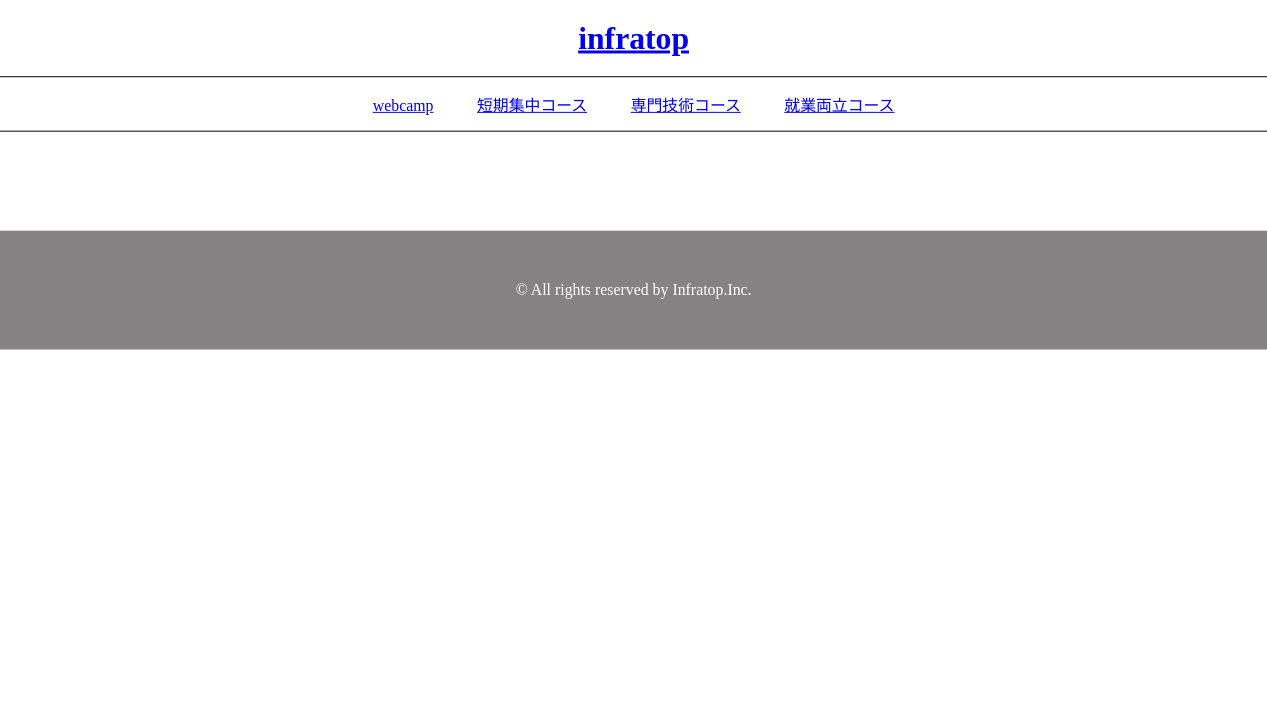
Repository: nyaaaaaaaaaaaaaa/chapter9-2
Page: chapter5/index.html
The author's editor kept a record of every edit. The page is drawn from the files as they stood at one moment, then again after the next edit.
The browser window is 1280 px wide. The pictures show the whole page, at 99% of full size.

Above is the page before.

After the next edit:
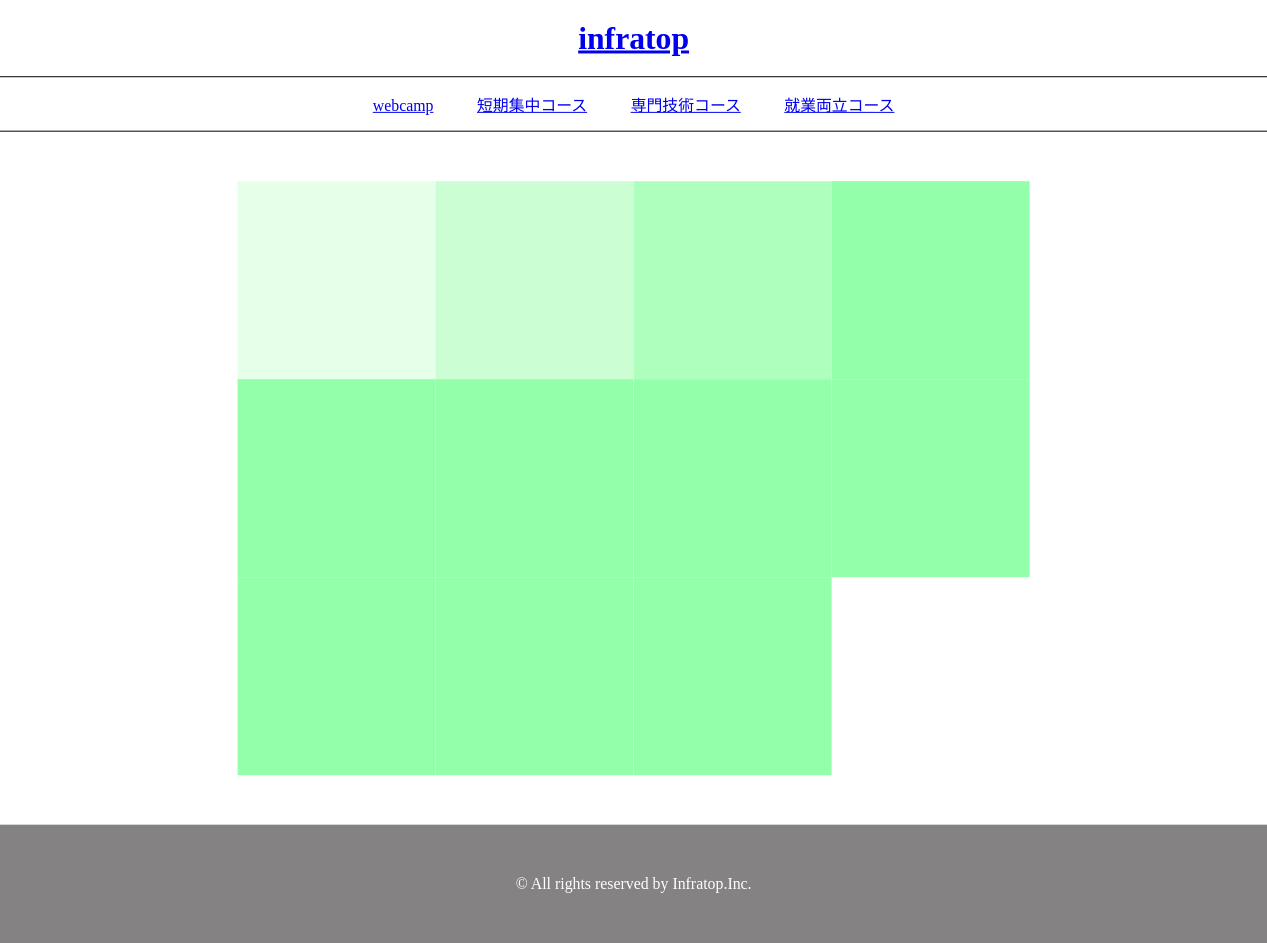
The edit:
--- a/chapter5/index.html
+++ b/chapter5/index.html
@@ -37,8 +37,17 @@
     </div>
 
     <dic class="main">
-      <div class="blog"></div>
-      <div class="sidebar"></div>
+      <div class="box1"></div>
+      <div class="box2"></div>
+      <div class="box3"></div>
+      <div class="box4"></div>
+      <div class="box4"></div>
+      <div class="box4"></div>
+      <div class="box4"></div>
+      <div class="box4"></div>
+      <div class="box4"></div>
+      <div class="box4"></div>
+      <div class="box4"></div>
     </dic>
 
     <footer>
